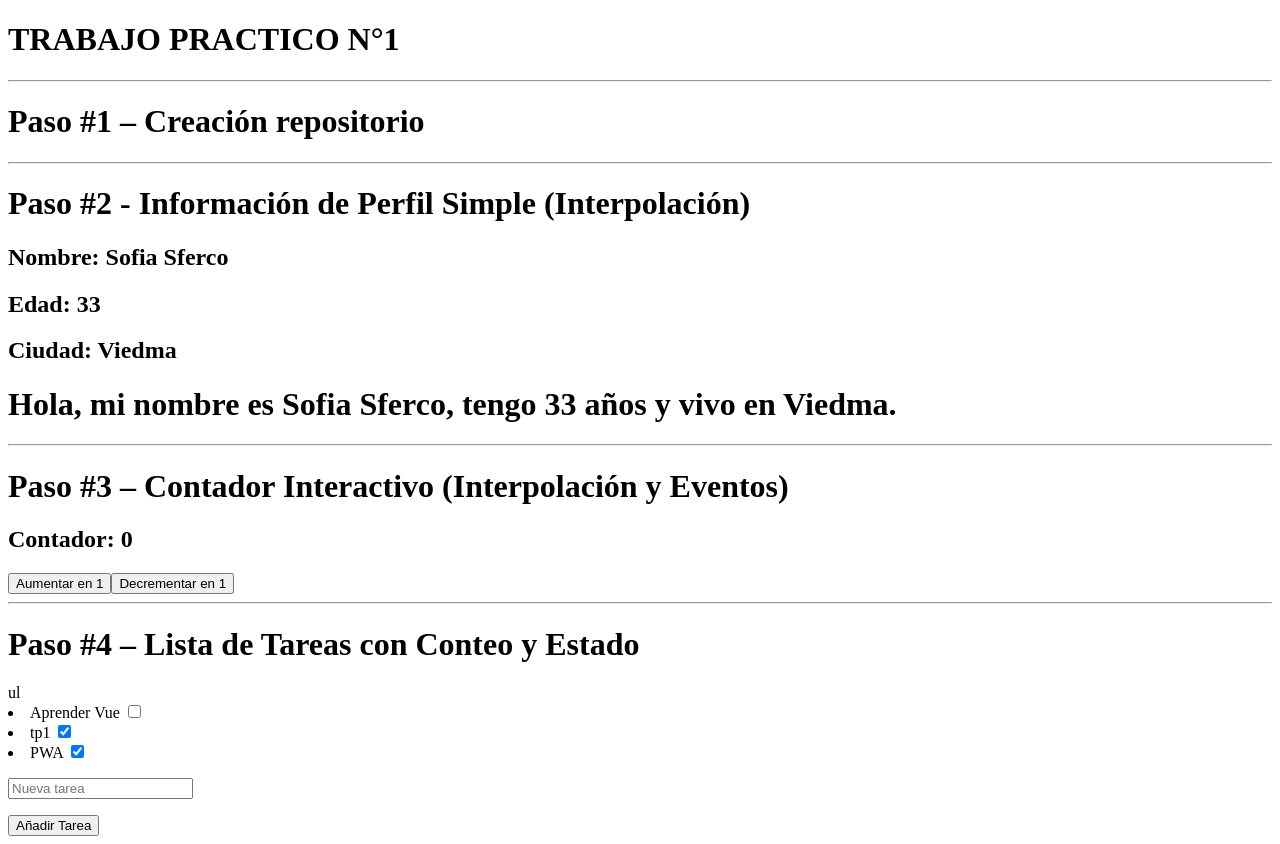
Repository: SofiaSferco/PWA-2026
Page: practico01/index.html
These files come from the project's save history. The page is drawn as it stood at one moment and after a run of saves; the edit follows.
The browser window is 1280 px wide. The pictures show the whole page.

Above is the page before, as saved 2026-09-10 01:21:08.

### practico01/index.html
<!DOCTYPE html>
<html lang="en">
<head>
    <meta charset="UTF-8">
    <title>Practico 01</title>
    <script src="https://cdn.jsdelivr.net/npm/vue/dist/vue.js"></script>
</head>
<body>
    <div id="app">
        <p>
            <h1>TRABAJO PRACTICO N°1</h1>
        </p>
        <hr>
        <h1>Paso #1 – Creación repositorio</h1>
        <hr>
        <h1>Paso #2 - Información de Perfil Simple (Interpolación)</h1>
        <h2>Nombre: {{nombre}}</h2>
        <h2>Edad: {{edad}}</h2>
        <h2>Ciudad: {{ciudad}}</h2>
        <h1>Hola, mi nombre es {{nombre}}, tengo {{edad}} años y vivo en {{ciudad}}.</h1>
        <hr>
        <h1>Paso #3 – Contador Interactivo (Interpolación y Eventos)</h1>
        <h2>Contador: {{contador}}</h2>
        <button @click="aumentar">Aumentar en 1</button><button v-on:click="decrementar">Decrementar en 1</button>
        <hr>
        <h1>Paso #4 – Lista de Tareas con Conteo y Estado</h1>
        ul
        <li v-for="tarea in tareas" :key="tarea.id">
            {{tarea.texto}} <input type="checkbox" v-model="tarea.completada">
        </li>
        <p>
            <input type="text" v-model="nuevaTarea" placeholder="Nueva tarea">
        </p>
        <button @click="agregarTarea">Añadir Tarea</button>
    </div>
    <script>
       var app= new Vue({
           el: '#app',
           data: {
               nombre: 'Sofia Sferco',
               edad: 33,
               ciudad: 'Viedma',
               contador: 0,
               nuevaTarea: '',
               tareas: [
                {
                id:1,
                texto: 'Aprender Vue',
                completada: false,
               },
                {
                id:2,
                texto: 'tp1',
                completada: true,
               },
               {
                id:3,
                texto: 'PWA',
                completada: true,
               },
            ]
           },
            methods: {
               aumentar: function() {
                    this.contador++;
               },
               decrementar: function() {
                    this.contador--;
               },
               agregarTarea: function () {

               }
           }
       })
    </script>
</body>
</html>

After the next 4 saves:
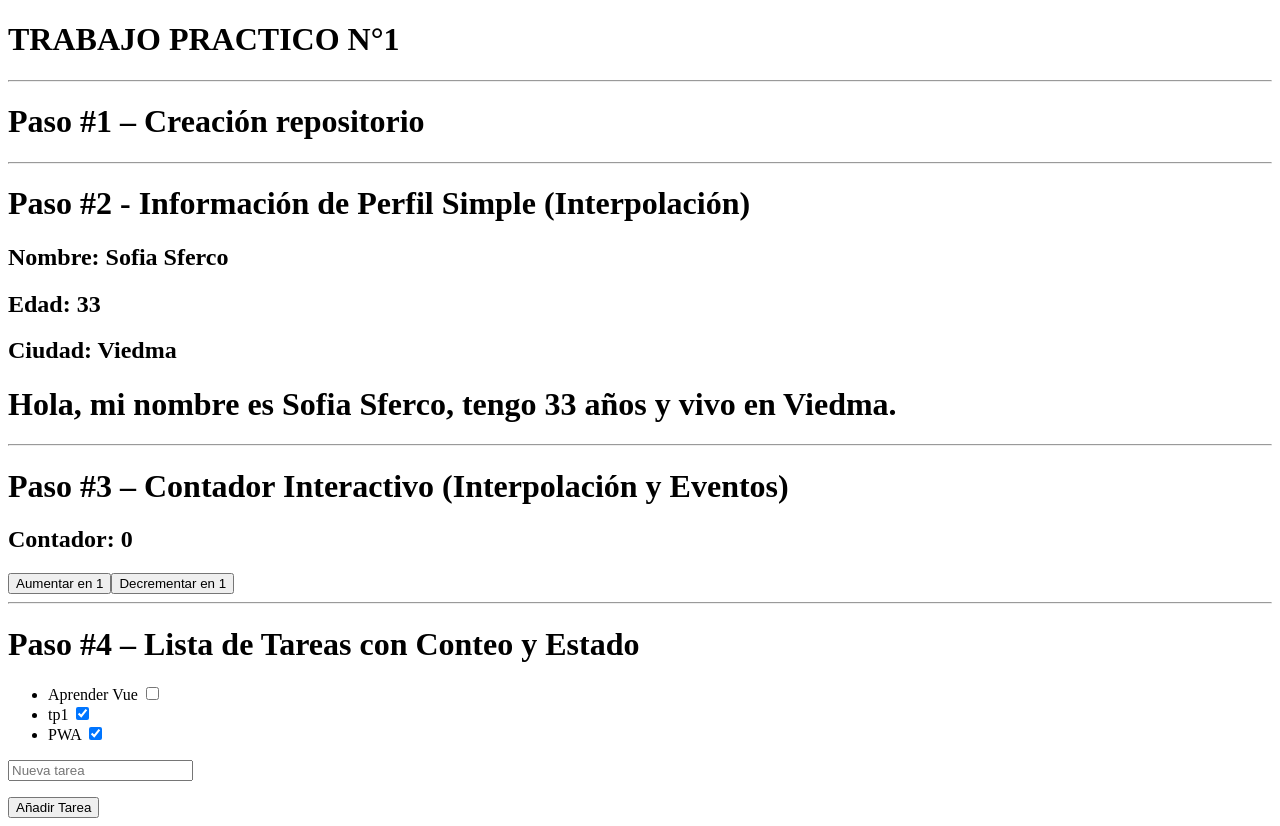
The 4 saves are shown as one change because they came seconds apart.
The last was saved 12 s later.
--- a/practico01/index.html
+++ b/practico01/index.html
@@ -24,10 +24,11 @@
         <button @click="aumentar">Aumentar en 1</button><button v-on:click="decrementar">Decrementar en 1</button>
         <hr>
         <h1>Paso #4 – Lista de Tareas con Conteo y Estado</h1>
-        ul
-        <li v-for="tarea in tareas" :key="tarea.id">
-            {{tarea.texto}} <input type="checkbox" v-model="tarea.completada">
-        </li>
+        <ul>
+            <li v-for="tarea in tareas" :key="tarea.id">
+                {{tarea.texto}} <input type="checkbox" v-model="tarea.completada">
+            </li>
+        </ul>
         <p>
             <input type="text" v-model="nuevaTarea" placeholder="Nueva tarea">
         </p>
